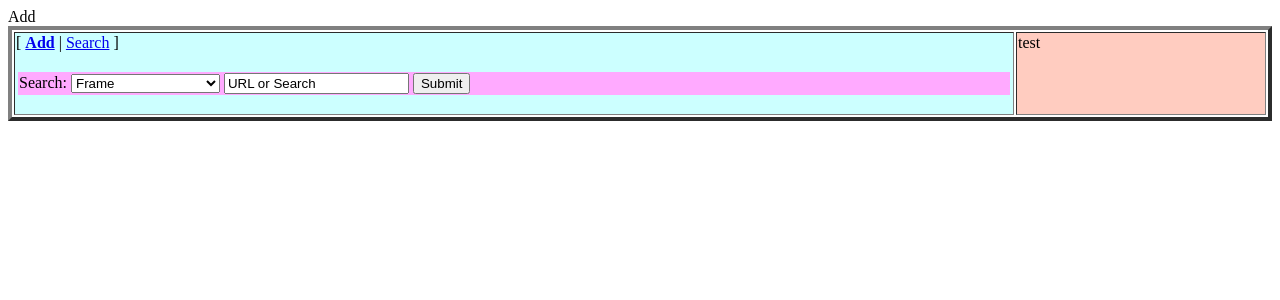
Repository: nevinleiby/SwapRC
Page: add_interface.html
These files come from the project's save history. The page is drawn as it stood at one moment and after the next save; the edit follows.
The browser window is 1280 px wide. The pictures show the whole page.

Above is the page before, as saved 2019-09-08 01:44:37.

After the next save:
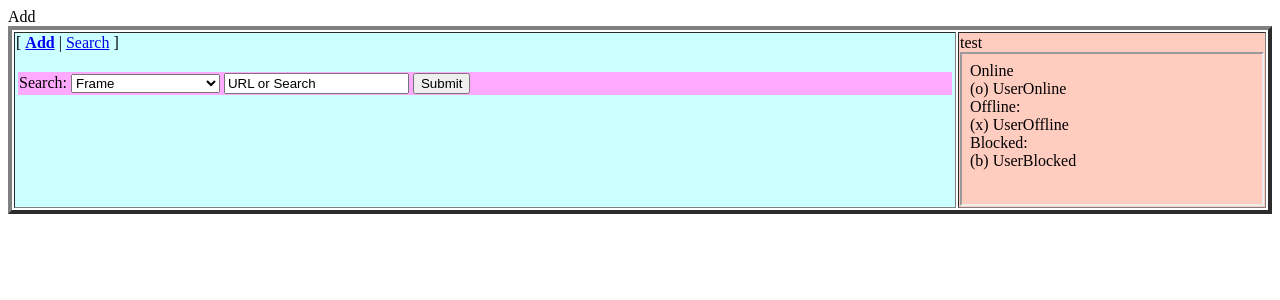
Saved 37 s later.
--- a/add_interface.html
+++ b/add_interface.html
@@ -52,7 +52,7 @@
                     <td border=2 bgcolor="ffccccc" valign=top>
                             test
                         <frameset>
-                            <frame src="./frame_users.html">
+                            <iframe src="./frame_users.html">
                         </frameset>
                     </td>
                 </tr>
